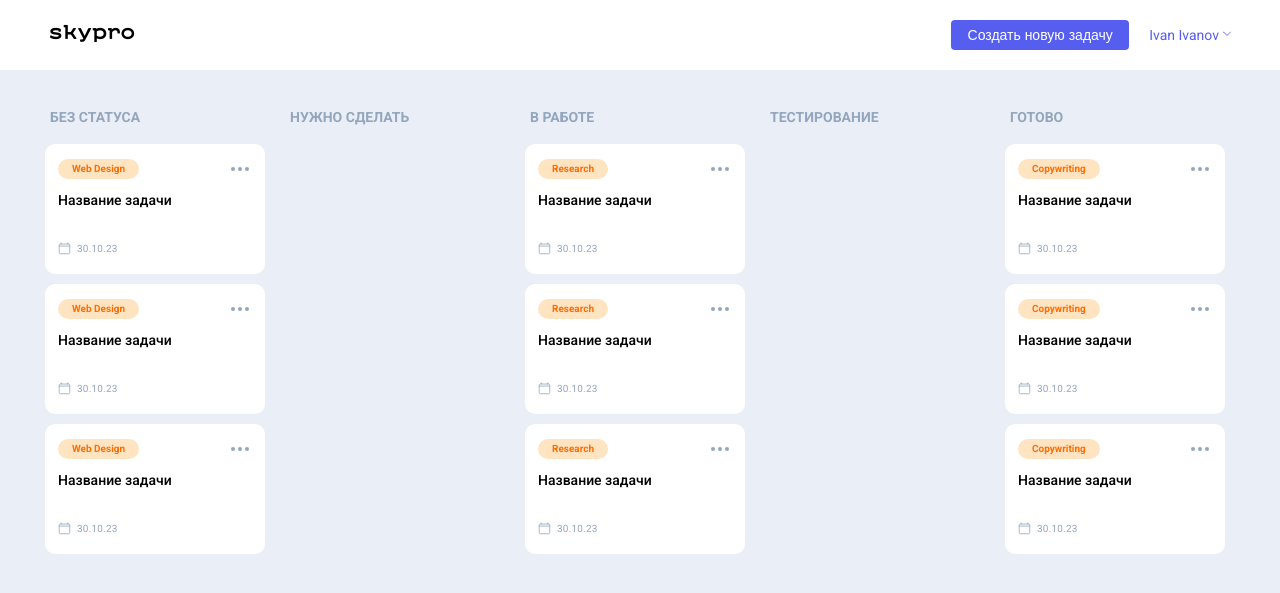
Repository: Olchik-resh/skypro-kanban
Page: /
These files come from the project's save history. The page is drawn as it stood at one moment and after a run of saves; the edit follows.
The browser window is 1280 px wide. The pictures show the whole page.
The project was rebuilt for these pictures with package versions that can differ from the ones it lists, and the page was loaded fresh each time. Also part of the build but not shown: vite.config.js.

Above is the page before, as saved 2025-07-28 17:55:47.

After the next 2 saves:
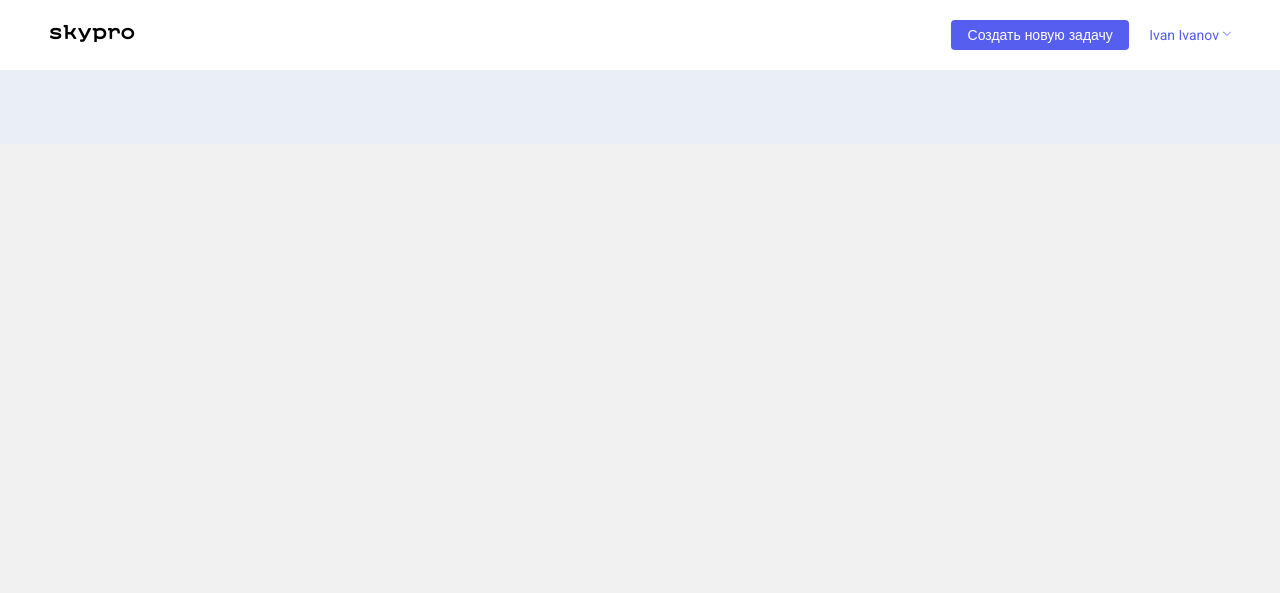
The 2 saves are shown as one change because 1 did not build or start.
The last was saved 53 s later.
--- a/src/components/TaskDesk.vue
+++ b/src/components/TaskDesk.vue
@@ -15,16 +15,56 @@
 </template>
 
 <script setup>
-import { ref, onMounted } from 'vue'
-import TaskColumn from './TaskColumn.vue'
-import { getTasks } from './mokcs/tasks.js'
+// import { computed, onMounted, ref } from 'vue'
+// import TaskColumn from './TaskColumn.vue'
+// import { getTasks } from './mokcs/tasks.js'
+// const tasks = ref([])
+// onMounted(() => {
+//   tasks.value = getTasks()
+//   console.log(tasks.value)
+// })
+// const noStatusTask = computed(() => {
+//   return tasks.value.filter((el) => {
+//     return el.status === 'Без статуса'
+//   })
+// })
 
-const tasks = ref([])
+// const doStatusTask = computed(() => {
+//   return tasks.value.filter((el) => {
+//     return el.status === 'Нужно сделать'
+//   })
+// })
+
+// const workStatusTask = computed(() => {
+//   return tasks.value.filter((el) => {
+//     return el.status === 'В работе'
+//   })
+// })
+// const testStatusTask = computed(() => {
+//   return tasks.value.filter((el) => {
+//     return el.status === 'Тестирование'
+//   })
+// })
+// const readyStatusTask = computed(() => {
+//   return tasks.value.filter((el) => {
+//     return el.status === 'Готово'
+//   })
+// })
+// onMounted(() => {
+//   tasks.value = getTasks()
+// })
+</script>
+
+<!-- <script setup>
+import { ref, onMounted } from 'vue';
+import TaskColumn from './TaskColumn.vue';
+import { getTasks } from './mokcs/tasks.js';
+
+const tasks = ref([]);
 
 onMounted(() => {
-  tasks.value = getTasks()
-  console.log(tasks.value)
-})
-</script>
+  tasks.value = getTasks();
+});
+</script> -->
 
 <style lang="scss" scoped></style>

After the save that followed:
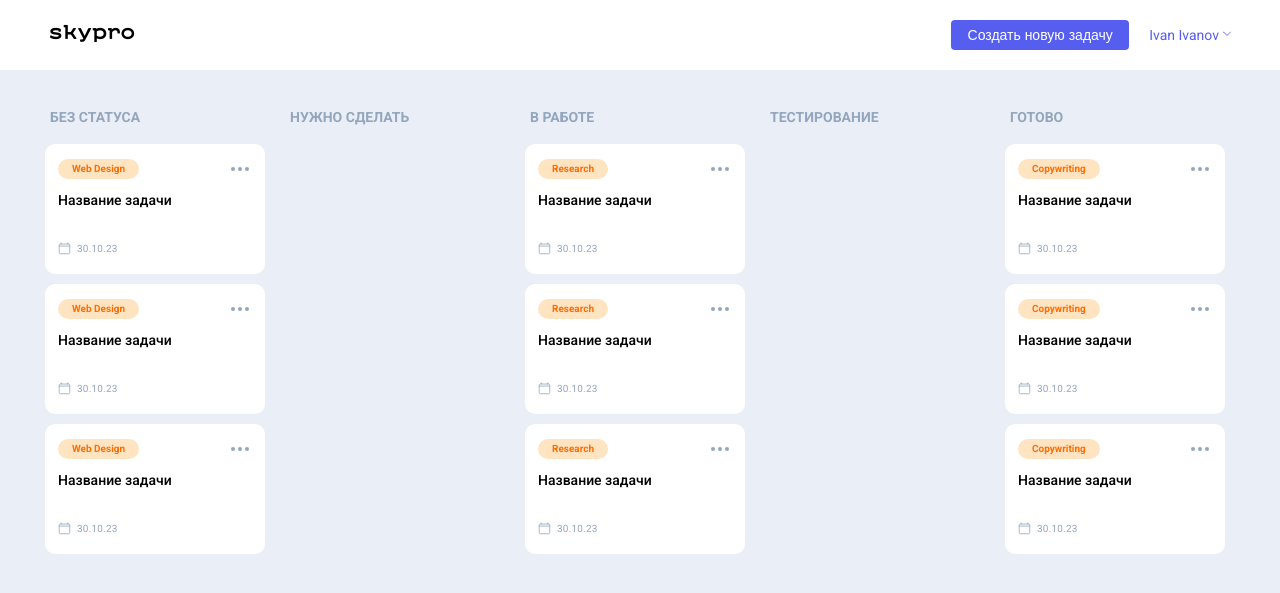
Saved 15 s later.
--- a/src/components/TaskDesk.vue
+++ b/src/components/TaskDesk.vue
@@ -15,44 +15,44 @@
 </template>
 
 <script setup>
-// import { computed, onMounted, ref } from 'vue'
-// import TaskColumn from './TaskColumn.vue'
-// import { getTasks } from './mokcs/tasks.js'
-// const tasks = ref([])
-// onMounted(() => {
-//   tasks.value = getTasks()
-//   console.log(tasks.value)
-// })
-// const noStatusTask = computed(() => {
-//   return tasks.value.filter((el) => {
-//     return el.status === 'Без статуса'
-//   })
-// })
+import { computed, onMounted, ref } from 'vue'
+import TaskColumn from './TaskColumn.vue'
+import { getTasks } from './mokcs/tasks.js'
+const tasks = ref([])
+onMounted(() => {
+  tasks.value = getTasks()
+  console.log(tasks.value)
+})
+const noStatusTask = computed(() => {
+  return tasks.value.filter((el) => {
+    return el.status === 'Без статуса'
+  })
+})
 
-// const doStatusTask = computed(() => {
-//   return tasks.value.filter((el) => {
-//     return el.status === 'Нужно сделать'
-//   })
-// })
+const doStatusTask = computed(() => {
+  return tasks.value.filter((el) => {
+    return el.status === 'Нужно сделать'
+  })
+})
 
-// const workStatusTask = computed(() => {
-//   return tasks.value.filter((el) => {
-//     return el.status === 'В работе'
-//   })
-// })
-// const testStatusTask = computed(() => {
-//   return tasks.value.filter((el) => {
-//     return el.status === 'Тестирование'
-//   })
-// })
-// const readyStatusTask = computed(() => {
-//   return tasks.value.filter((el) => {
-//     return el.status === 'Готово'
-//   })
-// })
-// onMounted(() => {
-//   tasks.value = getTasks()
-// })
+const workStatusTask = computed(() => {
+  return tasks.value.filter((el) => {
+    return el.status === 'В работе'
+  })
+})
+const testStatusTask = computed(() => {
+  return tasks.value.filter((el) => {
+    return el.status === 'Тестирование'
+  })
+})
+const readyStatusTask = computed(() => {
+  return tasks.value.filter((el) => {
+    return el.status === 'Готово'
+  })
+})
+onMounted(() => {
+  tasks.value = getTasks()
+})
 </script>
 
 <!-- <script setup>
